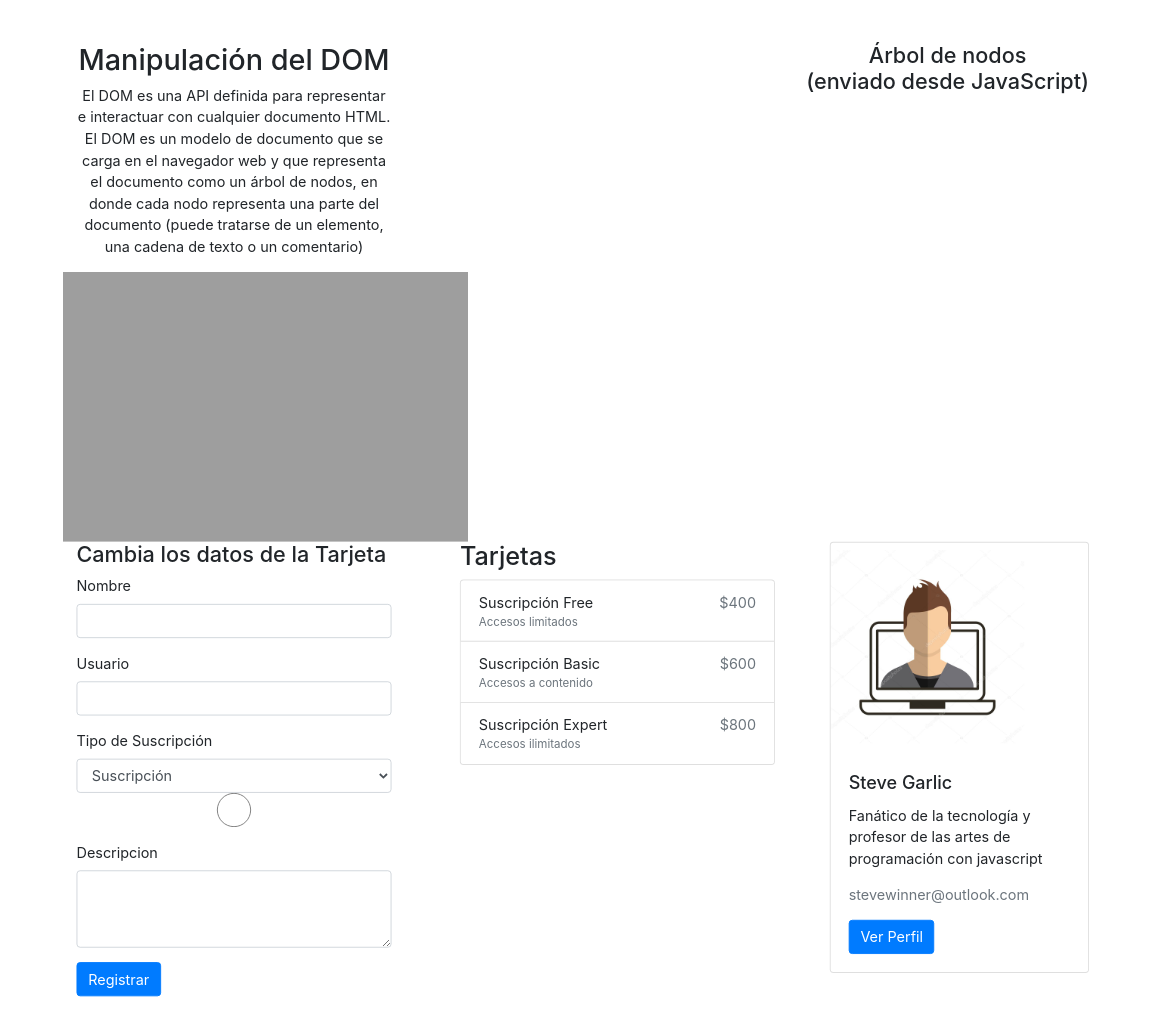
Repository: pedro-donoso/manipulacion-dom
Page: index.html
The author's editor kept a copy of each file at every save. The page is drawn from the files as they stood at one save, then again after the next save.
The browser window is 1280 px wide. The pictures show the whole page, at 90% of full size.
Pictures or frames that could not be fetched are drawn as grey boxes.

Above is the page before, as saved 2024-02-06 14:23:28.

After the next save:
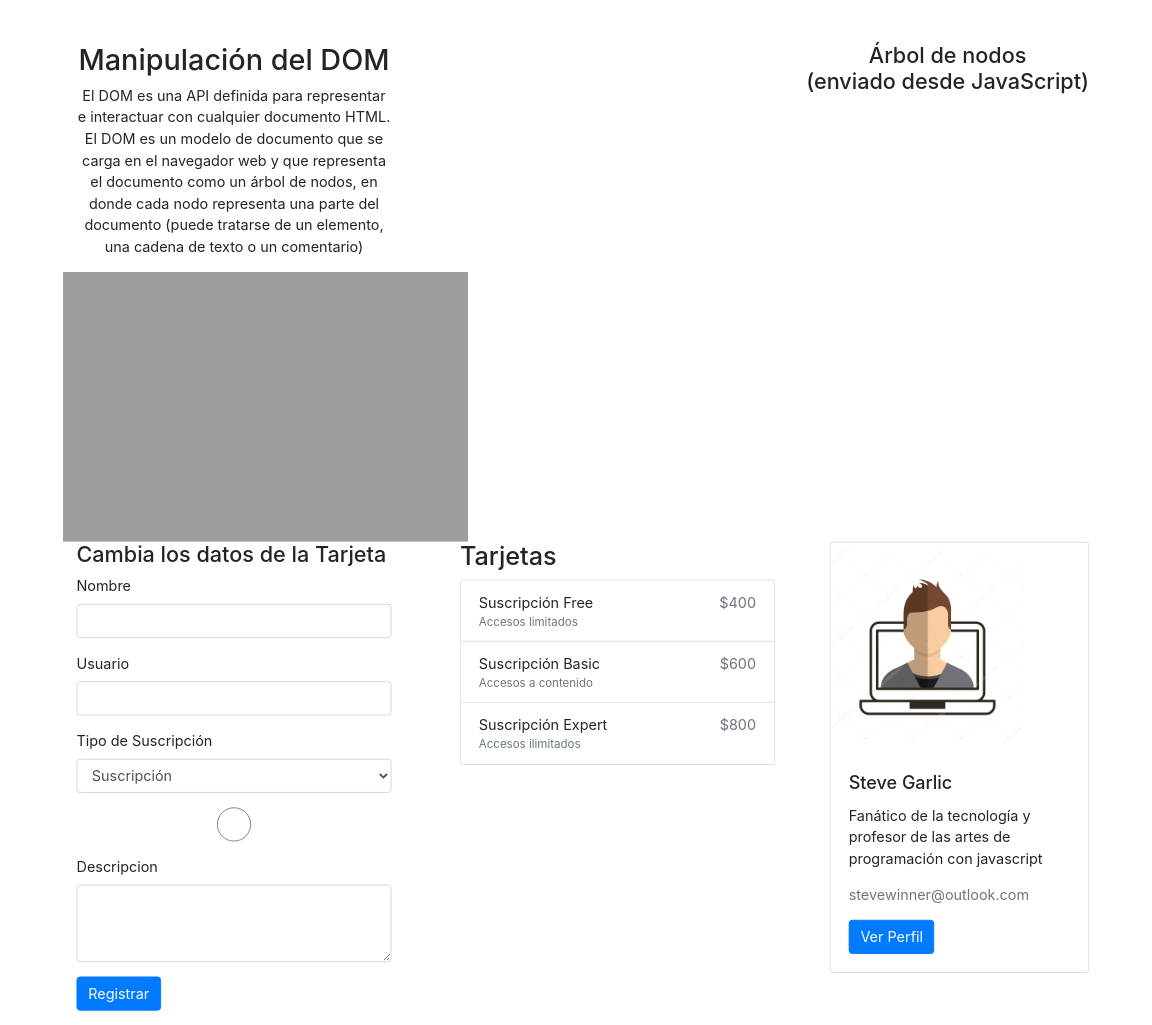
Saved 10 s later.
--- a/index.html
+++ b/index.html
@@ -40,7 +40,7 @@
                     <label>Usuario</label>
                     <input type="text" class="form-control mb-3" id="usuario">
                     <label>Tipo de Suscripción</label>
-                    <select id="suscripcion" class="form-control">
+                    <select id="suscripcion" class="form-control mb-3">
                             <option value="Suscripcion">Suscripción</option>
                             <option value="Compra">Compra</option>
                         </select>
